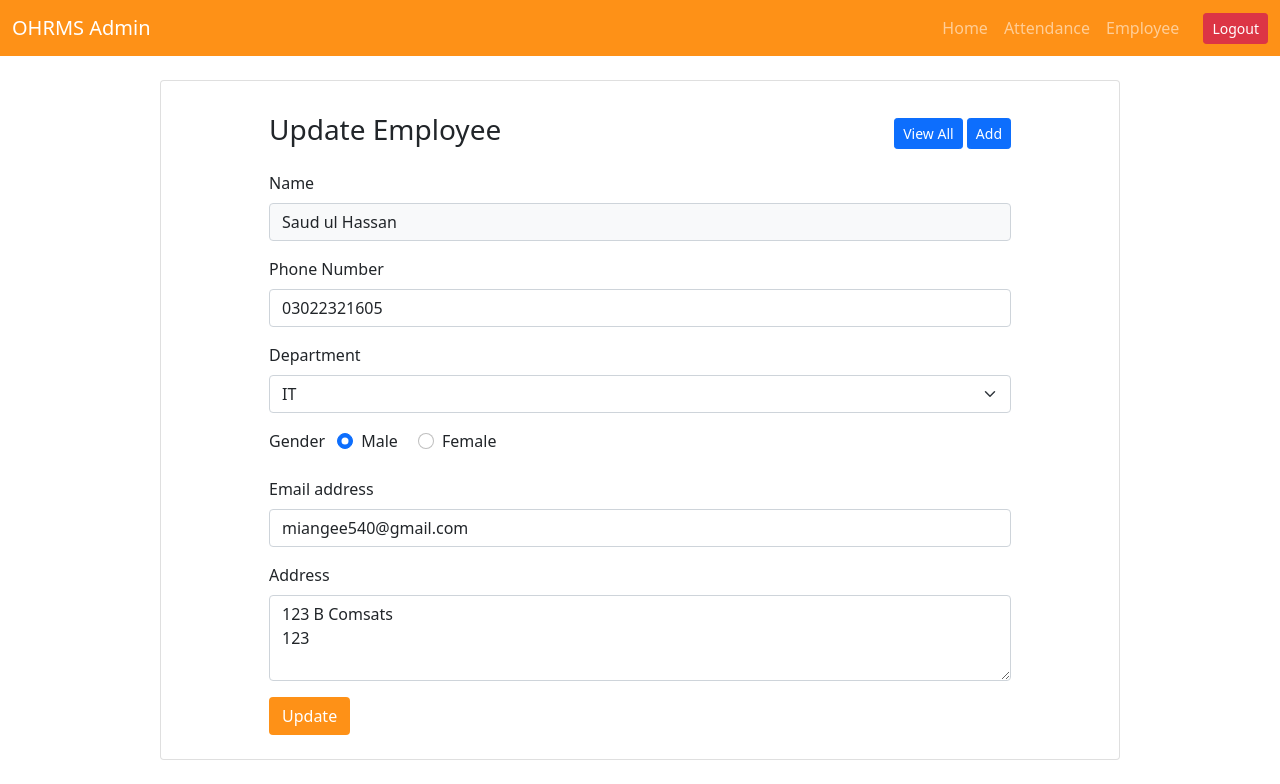
Repository: SaudCh/PHP-OHRMS
Page: http://localhost/admin/edit-employee?id=49
An editor plug-in stored every save of this project. The page is shown before and after the next save, followed by the edit.
The browser window is 1280 px wide. The pictures show the whole page.
Some web libraries are served in a nearby version. The page is run by PHP 8.4 with error messages shown; the project is at /var/www/html/. The session is filled in as if someone had signed in: {"admin": "admin@ohrm.com"}. Other server files are loaded and not shown. The database holds what the project's SQL file puts in it.

Above is the page before, as saved 2022-06-06 00:39:04.

### admin/edit-employee.php
<?php
if (!isset($_GET['id'])) {
    header("location: employee");
}
?>
<!DOCTYPE html>
<html lang="en">

<head>
    <meta charset="UTF-8">
    <meta http-equiv="X-UA-Compatible" content="IE=edge">
    <meta name="viewport" content="width=device-width, initial-scale=1.0">
    <?php require "../assets/includes/link.includes.php" ?>

    <script src="../assets/Js/updateprofile.js"></script>

    <title>Edit Employee</title>
</head>

<body>
    <?php require "./assets/Components/header.php" ?>
    <div class="container-fluid">
        <div class="row align-items-center justify-content-center">
            <div class="card col-11 col-md-9 my-4 py-4">
                <?php
                $id = $_GET['id'];
                $sql = "select * from employee where empId = '$id'";
                $results = mysqli_query($con, $sql);
                $rescheck = mysqli_num_rows($results);
                if ($rescheck > 0) {
                    while ($row = mysqli_fetch_assoc($results)) {
                        $_SESSION["empEmail"] = $row["emailAddress"];
                        $_SESSION['empId'] =  $_GET["id"];

                ?>
                        <form name="updateform" method="POST" action="./assets/includes/update-employee.includes.php" onsubmit="return validateupdateform(this)" style="z-index: 10;position:relative;" class="mx-0 px-0 px-md-5 mx-md-5">
                            <div class="d-flex align-items-center justify-content-between mt-2">
                                <h3>Update Employee</h3>
                                <div>
                                    <a href="employee" class="btn btn-sm btn-primary">View All</a>
                                    <a href="add-employee" class="btn btn-sm btn-primary">Add</a>
                                </div>
                            </div>
                            <div class="mt-3">
                                <?php require "../assets/includes/alert.includes.php" ?>
                            </div>
                            <div class="mb-1">
                                <label for="name" class="form-label">Name</label>
                                <input type="text" name="name" class="form-control bg-light" id="name" value="<?= $row['name'] ?>">
                                <p id="nameerr" class="text-danger" style="font-size: 11px;"></p>
                            </div>
                            <div class="mb-1">
                                <label for="phone" class="form-label">Phone Number</label>
                                <input type="text" name="phoneNum" class="form-control" id="phone" value="<?= $row['phoneNumber'] ?>">
                                <p id="phonerr" class="text-danger" style="font-size: 11px;"></p>

                            </div>
                            <div class="mb-1">
                                <label for="department" class="form-label">Department</label>
                                <select name="department" class="form-select" id="department">
                                    <option value="">Select Department</option>
                                    <option value="IT" <?= $row["department"] == 'IT' ? "selected" : "" ?>>IT</option>
                                    <option value="Finance" <?= $row["department"] == 'Finance' ? "selected" : "" ?>>Finance</option>
                                    <option value="Marketing" <?= $row["department"] == 'Marketing' ? "selected" : "" ?>>Marketing</option>
                                </select>
                                <p id="depterr" class="text-danger" style="font-size: 11px;"></p>

                            </div>
                            <div class="mb-1">
                                <label for="gender" class="form-label me-2">Gender</label>
                                <div class="form-check form-check-inline">
                                    <input class="form-check-input" type="radio" name="gender" id="male" value="male" <?= $row['gender'] == 'male' ? "checked" : "" ?>>
                                    <label class="form-check-label" for="male">Male</label>
                                </div>
                                <div class="form-check form-check-inline">
                                    <input class="form-check-input" type="radio" name="gender" id="female" value="female" <?= $row['gender'] == 'female' ? "checked" : "" ?>>
                                    <label class="form-check-label" for="female">Female</label>
                                </div>
                                <p id="gendererr" class="text-danger" style="font-size: 11px;"></p>
                            </div>
                            <div class="mb-1">
                                <label for="email" class="form-label">Email address</label>
                                <input type="email" name="email" class="form-control" id="email" value="<?= $row['emailAddress'] ?>" />
                                <p id="emailerr" class="text-danger" style="font-size: 11px;"></p>

                            </div>
                            <div class="mb-1">
                                <label for="address" class="form-label">Address</label>
                                <textarea class="form-control" name="address" id="address" rows="3"><?= $row['address'] ?></textarea>
                                <p id=" addresserr" class="text-danger" style="font-size: 11px;"></p>

                            </div>

                            <button type="submit" class="btn text-white" style="background-color: #fe9117;">Update</button>
                        </form>
                    <?php }
                } else { ?>
                    <p>No Employee for that id</p>
                <?php } ?>
            </div>
        </div>
    </div>

</body>

</html>

### assets/includes/link.includes.php
<link href="https://cdn.jsdelivr.net/npm/bootstrap@5.0.2/dist/css/bootstrap.min.css" rel="stylesheet" integrity="sha384-EVSTQN3/azprG1Anm3QDgpJLIm9Nao0Yz1ztcQTwFspd3yD65VohhpuuCOmLASjC" crossorigin="anonymous">
<script src="https://cdn.jsdelivr.net/npm/bootstrap@5.0.2/dist/js/bootstrap.bundle.min.js" integrity="sha384-MrcW6ZMFYlzcLA8Nl+NtUVF0sA7MsXsP1UyJoMp4YLEuNSfAP+JcXn/tWtIaxVXM" crossorigin="anonymous"></script>
<script src="https://cdn.jsdelivr.net/npm/@popperjs/core@2.9.2/dist/umd/popper.min.js" integrity="sha384-IQsoLXl5PILFhosVNubq5LC7Qb9DXgDA9i+tQ8Zj3iwWAwPtgFTxbJ8NT4GN1R8p" crossorigin="anonymous"></script>
<script src="https://cdn.jsdelivr.net/npm/bootstrap@5.0.2/dist/js/bootstrap.min.js" integrity="sha384-cVKIPhGWiC2Al4u+LWgxfKTRIcfu0JTxR+EQDz/bgldoEyl4H0zUF0QKbrJ0EcQF" crossorigin="anonymous"></script>

<script src="https://kit.fontawesome.com/5d60ba127b.js" crossorigin="anonymous"></script>

<link rel="stylesheet" href="./assets/css/style.css" type="text/css">
<link rel="stylesheet" href="./assets/css/footer.css" type="text/css">
<style>
    .link {
        text-decoration: none;
    }
</style>

### admin/assets/Components/header.php
<?php
session_start();
$email = '';

include '../assets/config/dbconfig.php';

if (isset($_SESSION['admin'])) {
    $email = $_SESSION['admin'];
} else {
    header("location: login");
}
?>
<nav class="navbar navbar-expand-lg navbar-dark" style="background-color: #fe9117;">
    <div class="container-fluid">
        <a class="navbar-brand" href="index">OHRMS Admin</a>
        <button class="navbar-toggler" type="button" data-bs-toggle="collapse" data-bs-target="#navbarSupportedContent" aria-controls="navbarSupportedContent" aria-expanded="false" aria-label="Toggle navigation">
            <span class="navbar-toggler-icon"></span>
        </button>
        <div class="collapse navbar-collapse" id="navbarSupportedContent">
            <ul class="navbar-nav ms-auto me-3 mb-2 mb-lg-0">
                <li class="nav-item">
                    <a class="nav-link" aria-current="page" href="index">Home</a>
                </li>
                <li class="nav-item">
                    <a class="nav-link" href="attendance">Attendance</a>
                </li>
                <li class="nav-item">
                    <a class="nav-link" href="employee">Employee</a>
                </li>
            </ul>
            <?php

            if (isset($_SESSION['admin'])) {
                echo '<a href="./assets/includes/admin-logout.includes.php" class="btn btn-sm btn-danger">Logout</a>';
            } else {
                echo '<a href="login" class="btn btn-sm btn-success">Login/Register</a>';
            }
            ?>

        </div>
    </div>
</nav>

### assets/config/dbconfig.php
<?php
// Database configuration
$dbHost     = "localhost";
$dbUsername = "root";
$dbPassword = "";
$dbName     = "ohrms";

// $dbHost     = "sql102.epizy.com";
// $dbUsername = "epiz_31455211";
// $dbPassword = "Kr3NNcrNvT9Mx4";
// $dbName     = "epiz_31455211_ohrms";

// Create database connection
$db = new mysqli($dbHost, $dbUsername, $dbPassword, $dbName);
$con=mysqli_connect($dbHost, $dbUsername, $dbPassword,$dbName);

// Check connection
if ($db->connect_error) {
    die("Connection failed: " . $db->connect_error);
}

### assets/includes/alert.includes.php
<?php if (isset($_GET["suc"])) {
    $msg = $_GET["suc"];
?>
    <div class="alert alert-success" role="alert">
        <?= $msg ?>
    </div>
<?php
} ?>
<?php if (isset($_GET["err"])) {
    $msg = $_GET["err"];
?>
    <div class="alert alert-danger" role="alert">
        <?= $msg ?>
    </div>
<?php
} ?>

### assets/css/footer.css
.back-to-top {
  cursor: pointer;
  position: fixed;
  bottom: 30px;
  right: 20px;
  display: none;
  z-index: 10;
}

.footer {
  background-color: #fe9126;
  display: flex;
  color: white;
  z-index: 2;
}

.footer a {
  color: white;
  text-decoration: none;
  font-weight: 500;
}

.footer-links ul {
  text-align: left;
}

.footer-links li {
  list-style: none;
}

.copyright {
  color: white;
  background-color: #fe9126;
}

### assets/Js/updateprofile.js
function validateupdateform(scope) {
    var name = document.updateform.name.value;
    var department = document.updateform.department.value;
    var phone = document.updateform.phoneNum.value;
    var gender = document.updateform.gender.value;
    var email = document.updateform.email.value;
    var address = document.updateform.address.value;

    let err = true;

    if (name == null || name == "") {
        document.getElementById("nameerr").innerHTML = "*Name Required";
        err = false;
    } else {
        document.getElementById("nameerr").innerHTML = "";
    }

    if (phone == null || phone == "") {
        document.getElementById("phonerr").innerHTML = "*Phone Required";
        err = false;
    } else {
        document.getElementById("phonerr").innerHTML = "";
    }

    if (department == null || department == "") {
        document.getElementById("depterr").innerHTML = "*Department Required";
        err = false;
    } else {
        document.getElementById("depterr").innerHTML = "";
    }

    if (gender == null || gender == "") {
        document.getElementById("gendererr").innerHTML = "*Gender Required";
        err = false;
    } else {
        document.getElementById("gendererr").innerHTML = "";
    }

    if (email == null || email == "") {
        document.getElementById("emailerr").innerHTML = "*Email Required";
        err = false;
    } else {
        document.getElementById("emailerr").innerHTML = "";
    }

    if (address == null || address == "") {
        // document.getElementById("addresserr").innerHTML = "*Address Required";
        err = false;
    } else {
        // document.getElementById("addresserr").innerHTML = "";
    }

    return err;
}

### sql/ohrms.sql (the tables this page reads)
CREATE TABLE `employee` (
  `empId` int(11) NOT NULL,
  `name` char(50) NOT NULL,
  `phoneNumber` varchar(15) NOT NULL,
  `department` char(10) NOT NULL,
  `emailAddress` varchar(50) NOT NULL,
  `password` varchar(255) NOT NULL,
  `address` varchar(100) NOT NULL,
  `gender` char(10) NOT NULL,
  `salary` int(10) NOT NULL DEFAULT 10000,
  `token` varchar(255) NOT NULL,
  `empStatus` int(1) NOT NULL DEFAULT 0,
  `created` datetime NOT NULL DEFAULT current_timestamp(),
  `tempMail` varchar(20) NOT NULL
) ENGINE=InnoDB DEFAULT CHARSET=utf8mb4;

INSERT INTO `employee` (`empId`, `name`, `phoneNumber`, `department`, `emailAddress`, `password`, `address`, `gender`, `salary`, `token`, `empStatus`, `created`, `tempMail`) VALUES
(49, 'Saud ul Hassan', '03022321605', 'IT', 'miangee540@gmail.com', '$2y$10$tnkPhTnqi.jBUQkl8uiTEePtk4Auc3IYuPundD76d2H41YGcwugUW', '123 B Comsats\r\n123', 'male', 10000, '1bb7c8eb79b1d6be961371dabf6745', 1, '2022-06-13 18:56:53', 'miangee540@gmail.com'),
(51, 'Cedric Sampson', '+16473759896', 'Finance', 'saudchaudhary0@gmail', '$2y$10$8lcl4ARF2QZ6ryeaVm7qlOr02QNJMQFGSRC1rsK8to0F42cu8QcHu', 'Mollitia et et deser', 'female', 21000, '6e4e9ff9110491b8cb7f122b012c2c', 0, '2022-06-13 19:32:44', 'saudchaudhary0@gmail');

ALTER TABLE `employee`
  ADD PRIMARY KEY (`empId`);

ALTER TABLE `employee`
  MODIFY `empId` int(11) NOT NULL AUTO_INCREMENT, AUTO_INCREMENT=52;

Loaded but not shown: assets/css/style.css (common file)

After the next save:
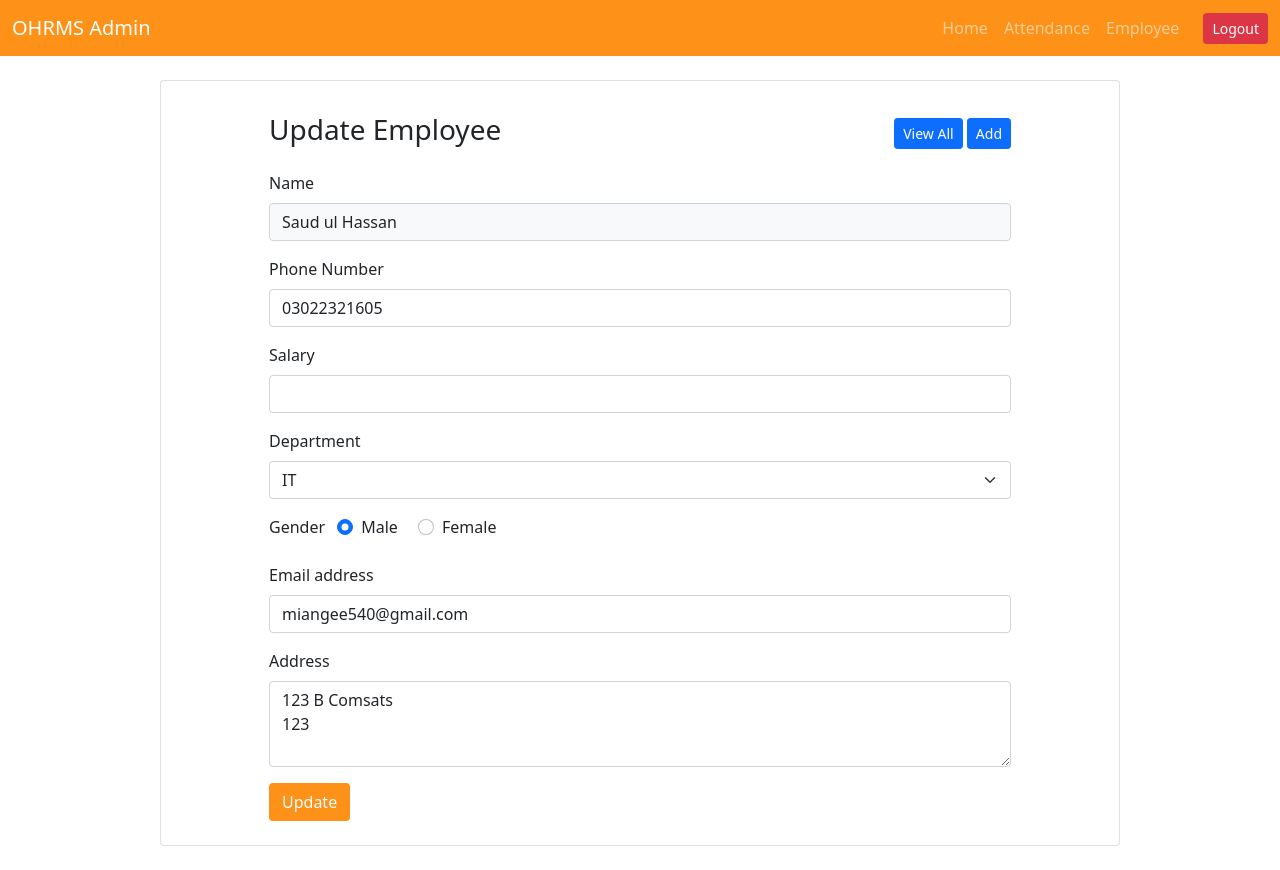
Saved 37 s later.
--- a/admin/edit-employee.php
+++ b/admin/edit-employee.php
@@ -56,6 +56,12 @@ if (!isset($_GET['id'])) {
 
                             </div>
                             <div class="mb-1">
+                                <label for="salary" class="form-label">Salary</label>
+                                <input type="number" name="salary" class="form-control" id="salary">
+                                <p id="salaryerr" class="text-danger" style="font-size: 11px;"></p>
+
+                            </div>
+                            <div class="mb-1">
                                 <label for="department" class="form-label">Department</label>
                                 <select name="department" class="form-select" id="department">
                                     <option value="">Select Department</option>
